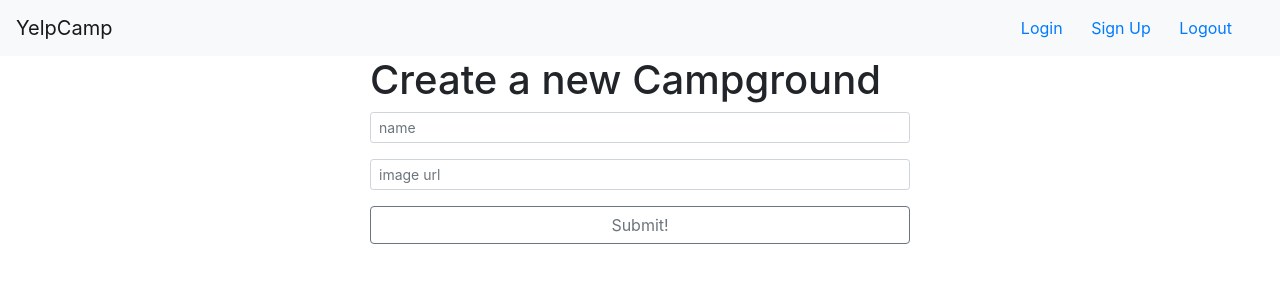
Repository: manojsatya/YelpCamp
Page: http://localhost/campgrounds/new
An editor plug-in stored every save of this project. The page is shown before and after the next save, followed by the edit.
The browser window is 1280 px wide. The pictures show the whole page.
The page is served by the project's Node server (app.js).

Above is the page before, as saved 2019-06-14 18:17:24.
Console error: TypeError: Cannot read properties of undefined (reading 'fn')

### views/new.ejs
<% include partials/header %>


<div class="container">
    <div class="row justify-content-center">
        <div class="col-md-3 col-lg-6">
            <h1>Create a new Campground</h1>
            <form action="/campgrounds" method="POST">
                <div class="form-group">
                    <input class="form-control form-control-sm" type="text" name="name" id="" placeholder="name">
                </div>
                <div class="form-group">
                    <input class="form-control form-control-sm" type="text" name="image" id="" placeholder="image url">
                </div>
                <div class="form-group">
                    <button class="btn btn-outline-secondary btn-block"> Submit!</button>
                </div>
            </form>
        </div>
    </div>
</div>

<% include partials/footer %>

### views/partials/header.ejs
<!DOCTYPE html>
<html lang="en">
<head>
    <meta charset="UTF-8">
    <meta name="viewport" content="width=device-width, initial-scale=1.0">
    <meta http-equiv="X-UA-Compatible" content="ie=edge">
    <title>YelpCamp</title>
    <link rel="stylesheet" href="https://stackpath.bootstrapcdn.com/bootstrap/4.3.1/css/bootstrap.min.css">
</head>
<body>
        <nav class="navbar navbar-light bg-light">
                <a class = "navbar-brand" href="">YelpCamp</a>
                <div class="navbar-right mr-sm-2">
                    <a class = "mr-sm-4" href="">Login</a>
                    <a class = "mr-sm-4" href="">Sign Up</a>
                    <a class = "mr-sm-4" href="">Logout</a>
                </div>

            </nav>

        <script src="https://stackpath.bootstrapcdn.com/bootstrap/4.3.1/js/bootstrap.min.js"></script>

### app.js
var express = require("express");
var app = express();
var bodyParser = require("body-parser");

app.use(bodyParser.urlencoded({extended: true}));
app.set("view engine", "ejs");

var campgrounds = [
    {name: "Manoj Satya", image: "https://static.rootsrated.com/image/upload/s--_i1nqUT1--/t_rr_large_traditional/oy9xsbijv8wehnrzv0zt.jpg"},
    {name: "Shradha Shiv", image: "https://encrypted-tbn0.gstatic.com/images?q=tbn:ANd9GcQ5b9dOfcfle_RwfdPS21qwfn5kcQ_BfHuL4uoVApARc1INLCfp"},
    {name: "Meghana", image: "http://hudsonshope.ca/wp-content/uploads/2016/10/Inflatable-Boat.jpg"},
    {name: "Manoj Satya", image: "https://static.rootsrated.com/image/upload/s--_i1nqUT1--/t_rr_large_traditional/oy9xsbijv8wehnrzv0zt.jpg"},
    {name: "Shradha Shiv", image: "https://encrypted-tbn0.gstatic.com/images?q=tbn:ANd9GcQ5b9dOfcfle_RwfdPS21qwfn5kcQ_BfHuL4uoVApARc1INLCfp"},
    {name: "Meghana", image: "http://hudsonshope.ca/wp-content/uploads/2016/10/Inflatable-Boat.jpg"},
    {name: "Manoj Satya", image: "https://static.rootsrated.com/image/upload/s--_i1nqUT1--/t_rr_large_traditional/oy9xsbijv8wehnrzv0zt.jpg"},
    {name: "Shradha Shiv", image: "https://encrypted-tbn0.gstatic.com/images?q=tbn:ANd9GcQ5b9dOfcfle_RwfdPS21qwfn5kcQ_BfHuL4uoVApARc1INLCfp"},
    {name: "Meghana", image: "http://hudsonshope.ca/wp-content/uploads/2016/10/Inflatable-Boat.jpg"},
    {name: "Manoj Satya", image: "https://static.rootsrated.com/image/upload/s--_i1nqUT1--/t_rr_large_traditional/oy9xsbijv8wehnrzv0zt.jpg"},
    {name: "Shradha Shiv", image: "https://encrypted-tbn0.gstatic.com/images?q=tbn:ANd9GcQ5b9dOfcfle_RwfdPS21qwfn5kcQ_BfHuL4uoVApARc1INLCfp"},
    {name: "Meghana", image: "http://hudsonshope.ca/wp-content/uploads/2016/10/Inflatable-Boat.jpg"}
]

app.get("/", function(req, res){
    res.render("landing");
});

app.get("/campgrounds", function(req, res){
    res.render("campgrounds",{campgrounds:campgrounds});
});

app.post("/campgrounds", function(req, res){
    //get data from form and add to campground array
    var name = req.body.name;
    var image = req.body.image;
    var newCampground = {name: name, image: image};
    campgrounds.push(newCampground);
    //redirect back to campgrounds page
    res.redirect("/campgrounds");
});

app.get("/campgrounds/new", function(req, res){
    res.render("new.ejs");
});


app.listen(3000, function(){
    console.log("The YelpCamp Server has started");
});

Loaded but not shown: views/partials/footer.ejs (no stored copy; drawn as an empty file)

After the next save:
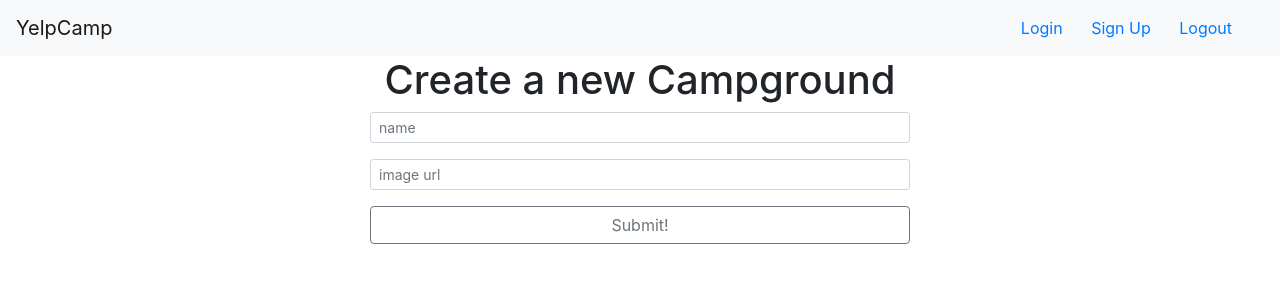
Saved 40 s later.
--- a/views/new.ejs
+++ b/views/new.ejs
@@ -4,7 +4,7 @@
 <div class="container">
     <div class="row justify-content-center">
         <div class="col-md-3 col-lg-6">
-            <h1>Create a new Campground</h1>
+            <h1 class="text-center">Create a new Campground</h1>
             <form action="/campgrounds" method="POST">
                 <div class="form-group">
                     <input class="form-control form-control-sm" type="text" name="name" id="" placeholder="name">
